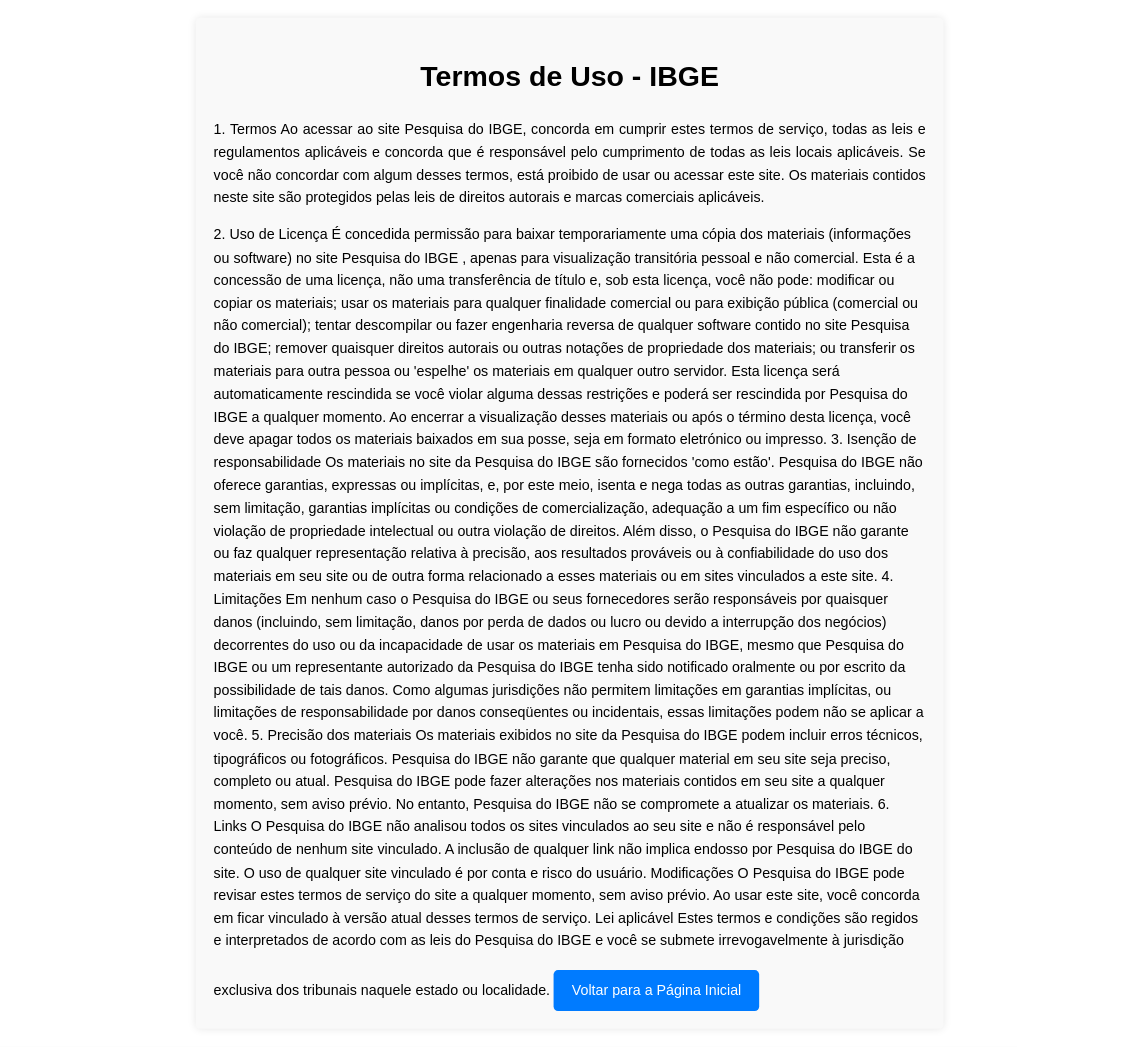
Repository: Gabrielb0rn/Projeto-Formul-rio.io
Page: TDU.html
These files come from the project's save history. The page is drawn as it stood at one moment and after the next save; the edit follows.
The browser window is 1280 px wide. The pictures show the whole page, at 89% of full size.

Above is the page before, as saved 2024-07-07 11:51:26.

### TDU.html
<!DOCTYPE html>
<html lang="pt-BR">
<head>
    <meta charset="UTF-8">
    <meta name="viewport" content="width=device-width, initial-scale=1.0">
    <title>Termos de Uso - IBGE</title>
    <style>
        body {
            font-family: Arial, sans-serif;
            line-height: 1.6;
            margin: 20px;
        }
        .container {
            max-width: 800px;
            margin: 0 auto;
            padding: 20px;
            background-color: #f9f9f9;
            border-radius: 5px;
            box-shadow: 0 0 10px rgba(0,0,0,0.1);
        }
        h1 {
            text-align: center;
            margin-bottom: 20px;
        }
        p {
            text-align: justify;
        }
        .btn-back {
            display: inline-block;
            padding: 10px 20px;
            background-color: #007bff;
            color: #fff;
            text-decoration: none;
            border-radius: 5px;
            cursor: pointer;
            margin-top: 20px;
        }
        .btn-back:hover {
            background-color: #0056b3;
        }
    </style>
</head>
<body>
    <div class="container">
        <h1>Termos de Uso - IBGE</h1>

        <p>1. Termos
            Ao acessar ao site Pesquisa do IBGE, concorda em cumprir estes termos de serviço, todas as leis e regulamentos aplicáveis ​​e concorda que é responsável pelo cumprimento de todas as leis locais aplicáveis. Se você não concordar com algum desses termos, está proibido de usar ou acessar este site. Os materiais contidos neste site são protegidos pelas leis de direitos autorais e marcas comerciais aplicáveis.</p>

            2. Uso de Licença
            É concedida permissão para baixar temporariamente uma cópia dos materiais (informações ou software) no site Pesquisa do IBGE , apenas para visualização transitória pessoal e não comercial. Esta é a concessão de uma licença, não uma transferência de título e, sob esta licença, você não pode:

            modificar ou copiar os materiais;
            usar os materiais para qualquer finalidade comercial ou para exibição pública (comercial ou não comercial);
            tentar descompilar ou fazer engenharia reversa de qualquer software contido no site Pesquisa do IBGE;
            remover quaisquer direitos autorais ou outras notações de propriedade dos materiais; ou
            transferir os materiais para outra pessoa ou 'espelhe' os materiais em qualquer outro servidor.
            Esta licença será automaticamente rescindida se você violar alguma dessas restrições e poderá ser rescindida por Pesquisa do IBGE a qualquer momento. Ao encerrar a visualização desses materiais ou após o término desta licença, você deve apagar todos os materiais baixados em sua posse, seja em formato eletrónico ou impresso.

            3. Isenção de responsabilidade
            Os materiais no site da Pesquisa do IBGE são fornecidos 'como estão'. Pesquisa do IBGE não oferece garantias, expressas ou implícitas, e, por este meio, isenta e nega todas as outras garantias, incluindo, sem limitação, garantias implícitas ou condições de comercialização, adequação a um fim específico ou não violação de propriedade intelectual ou outra violação de direitos.
            Além disso, o Pesquisa do IBGE não garante ou faz qualquer representação relativa à precisão, aos resultados prováveis ​​ou à confiabilidade do uso dos materiais em seu site ou de outra forma relacionado a esses materiais ou em sites vinculados a este site.
            4. Limitações
            Em nenhum caso o Pesquisa do IBGE ou seus fornecedores serão responsáveis ​​por quaisquer danos (incluindo, sem limitação, danos por perda de dados ou lucro ou devido a interrupção dos negócios) decorrentes do uso ou da incapacidade de usar os materiais em Pesquisa do IBGE, mesmo que Pesquisa do IBGE ou um representante autorizado da Pesquisa do IBGE tenha sido notificado oralmente ou por escrito da possibilidade de tais danos. Como algumas jurisdições não permitem limitações em garantias implícitas, ou limitações de responsabilidade por danos conseqüentes ou incidentais, essas limitações podem não se aplicar a você.

            5. Precisão dos materiais
            Os materiais exibidos no site da Pesquisa do IBGE podem incluir erros técnicos, tipográficos ou fotográficos. Pesquisa do IBGE não garante que qualquer material em seu site seja preciso, completo ou atual. Pesquisa do IBGE pode fazer alterações nos materiais contidos em seu site a qualquer momento, sem aviso prévio. No entanto, Pesquisa do IBGE não se compromete a atualizar os materiais.

            6. Links
            O Pesquisa do IBGE não analisou todos os sites vinculados ao seu site e não é responsável pelo conteúdo de nenhum site vinculado. A inclusão de qualquer link não implica endosso por Pesquisa do IBGE do site. O uso de qualquer site vinculado é por conta e risco do usuário.



            Modificações
            O Pesquisa do IBGE pode revisar estes termos de serviço do site a qualquer momento, sem aviso prévio. Ao usar este site, você concorda em ficar vinculado à versão atual desses termos de serviço.

            Lei aplicável
            Estes termos e condições são regidos e interpretados de acordo com as leis do Pesquisa do IBGE e você se submete irrevogavelmente à jurisdição exclusiva dos tribunais naquele estado ou localidade.

        <a href="index.html" class="btn-back">Voltar para a Página Inicial</a>
    </div>
</body>
</html>

After the next save:
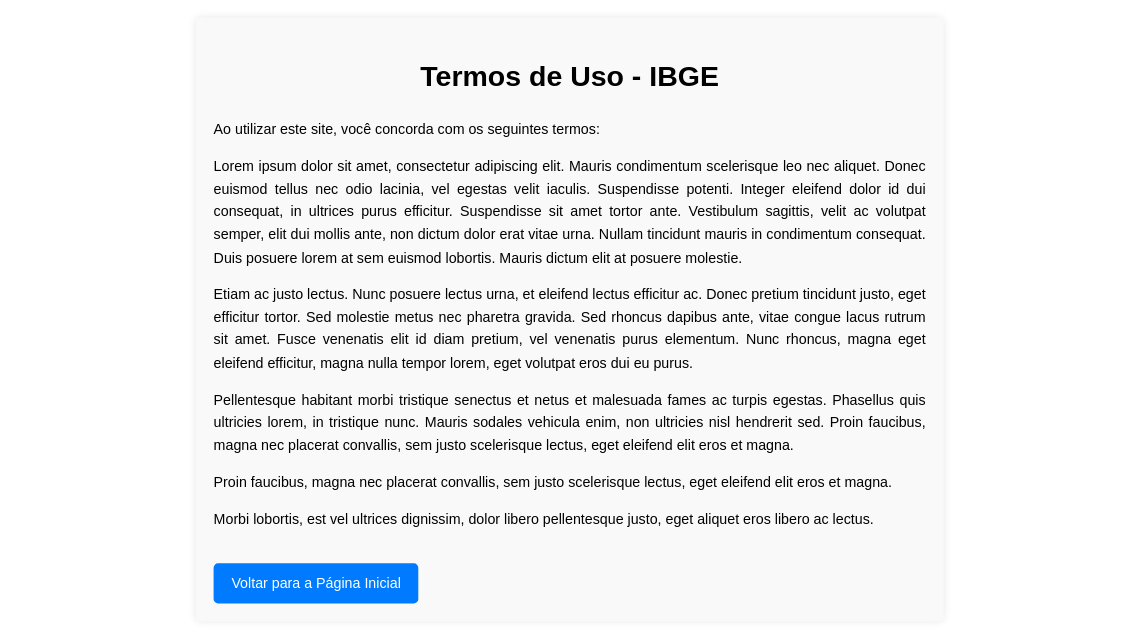
Saved 9 s later.
--- a/TDU.html
+++ b/TDU.html
@@ -44,38 +44,17 @@
     <div class="container">
         <h1>Termos de Uso - IBGE</h1>
 
-        <p>1. Termos
-            Ao acessar ao site Pesquisa do IBGE, concorda em cumprir estes termos de serviço, todas as leis e regulamentos aplicáveis ​​e concorda que é responsável pelo cumprimento de todas as leis locais aplicáveis. Se você não concordar com algum desses termos, está proibido de usar ou acessar este site. Os materiais contidos neste site são protegidos pelas leis de direitos autorais e marcas comerciais aplicáveis.</p>
+        <p>Ao utilizar este site, você concorda com os seguintes termos:</p>
 
-            2. Uso de Licença
-            É concedida permissão para baixar temporariamente uma cópia dos materiais (informações ou software) no site Pesquisa do IBGE , apenas para visualização transitória pessoal e não comercial. Esta é a concessão de uma licença, não uma transferência de título e, sob esta licença, você não pode:
+        <p>Lorem ipsum dolor sit amet, consectetur adipiscing elit. Mauris condimentum scelerisque leo nec aliquet. Donec euismod tellus nec odio lacinia, vel egestas velit iaculis. Suspendisse potenti. Integer eleifend dolor id dui consequat, in ultrices purus efficitur. Suspendisse sit amet tortor ante. Vestibulum sagittis, velit ac volutpat semper, elit dui mollis ante, non dictum dolor erat vitae urna. Nullam tincidunt mauris in condimentum consequat. Duis posuere lorem at sem euismod lobortis. Mauris dictum elit at posuere molestie.</p>
 
-            modificar ou copiar os materiais;
-            usar os materiais para qualquer finalidade comercial ou para exibição pública (comercial ou não comercial);
-            tentar descompilar ou fazer engenharia reversa de qualquer software contido no site Pesquisa do IBGE;
-            remover quaisquer direitos autorais ou outras notações de propriedade dos materiais; ou
-            transferir os materiais para outra pessoa ou 'espelhe' os materiais em qualquer outro servidor.
-            Esta licença será automaticamente rescindida se você violar alguma dessas restrições e poderá ser rescindida por Pesquisa do IBGE a qualquer momento. Ao encerrar a visualização desses materiais ou após o término desta licença, você deve apagar todos os materiais baixados em sua posse, seja em formato eletrónico ou impresso.
+        <p>Etiam ac justo lectus. Nunc posuere lectus urna, et eleifend lectus efficitur ac. Donec pretium tincidunt justo, eget efficitur tortor. Sed molestie metus nec pharetra gravida. Sed rhoncus dapibus ante, vitae congue lacus rutrum sit amet. Fusce venenatis elit id diam pretium, vel venenatis purus elementum. Nunc rhoncus, magna eget eleifend efficitur, magna nulla tempor lorem, eget volutpat eros dui eu purus.</p>
 
-            3. Isenção de responsabilidade
-            Os materiais no site da Pesquisa do IBGE são fornecidos 'como estão'. Pesquisa do IBGE não oferece garantias, expressas ou implícitas, e, por este meio, isenta e nega todas as outras garantias, incluindo, sem limitação, garantias implícitas ou condições de comercialização, adequação a um fim específico ou não violação de propriedade intelectual ou outra violação de direitos.
-            Além disso, o Pesquisa do IBGE não garante ou faz qualquer representação relativa à precisão, aos resultados prováveis ​​ou à confiabilidade do uso dos materiais em seu site ou de outra forma relacionado a esses materiais ou em sites vinculados a este site.
-            4. Limitações
-            Em nenhum caso o Pesquisa do IBGE ou seus fornecedores serão responsáveis ​​por quaisquer danos (incluindo, sem limitação, danos por perda de dados ou lucro ou devido a interrupção dos negócios) decorrentes do uso ou da incapacidade de usar os materiais em Pesquisa do IBGE, mesmo que Pesquisa do IBGE ou um representante autorizado da Pesquisa do IBGE tenha sido notificado oralmente ou por escrito da possibilidade de tais danos. Como algumas jurisdições não permitem limitações em garantias implícitas, ou limitações de responsabilidade por danos conseqüentes ou incidentais, essas limitações podem não se aplicar a você.
+        <p>Pellentesque habitant morbi tristique senectus et netus et malesuada fames ac turpis egestas. Phasellus quis ultricies lorem, in tristique nunc. Mauris sodales vehicula enim, non ultricies nisl hendrerit sed. Proin faucibus, magna nec placerat convallis, sem justo scelerisque lectus, eget eleifend elit eros et magna.</p>
 
-            5. Precisão dos materiais
-            Os materiais exibidos no site da Pesquisa do IBGE podem incluir erros técnicos, tipográficos ou fotográficos. Pesquisa do IBGE não garante que qualquer material em seu site seja preciso, completo ou atual. Pesquisa do IBGE pode fazer alterações nos materiais contidos em seu site a qualquer momento, sem aviso prévio. No entanto, Pesquisa do IBGE não se compromete a atualizar os materiais.
+        <p>Proin faucibus, magna nec placerat convallis, sem justo scelerisque lectus, eget eleifend elit eros et magna.</p>
 
-            6. Links
-            O Pesquisa do IBGE não analisou todos os sites vinculados ao seu site e não é responsável pelo conteúdo de nenhum site vinculado. A inclusão de qualquer link não implica endosso por Pesquisa do IBGE do site. O uso de qualquer site vinculado é por conta e risco do usuário.
-
-
-
-            Modificações
-            O Pesquisa do IBGE pode revisar estes termos de serviço do site a qualquer momento, sem aviso prévio. Ao usar este site, você concorda em ficar vinculado à versão atual desses termos de serviço.
-
-            Lei aplicável
-            Estes termos e condições são regidos e interpretados de acordo com as leis do Pesquisa do IBGE e você se submete irrevogavelmente à jurisdição exclusiva dos tribunais naquele estado ou localidade.
+        <p>Morbi lobortis, est vel ultrices dignissim, dolor libero pellentesque justo, eget aliquet eros libero ac lectus.</p>
 
         <a href="index.html" class="btn-back">Voltar para a Página Inicial</a>
     </div>
